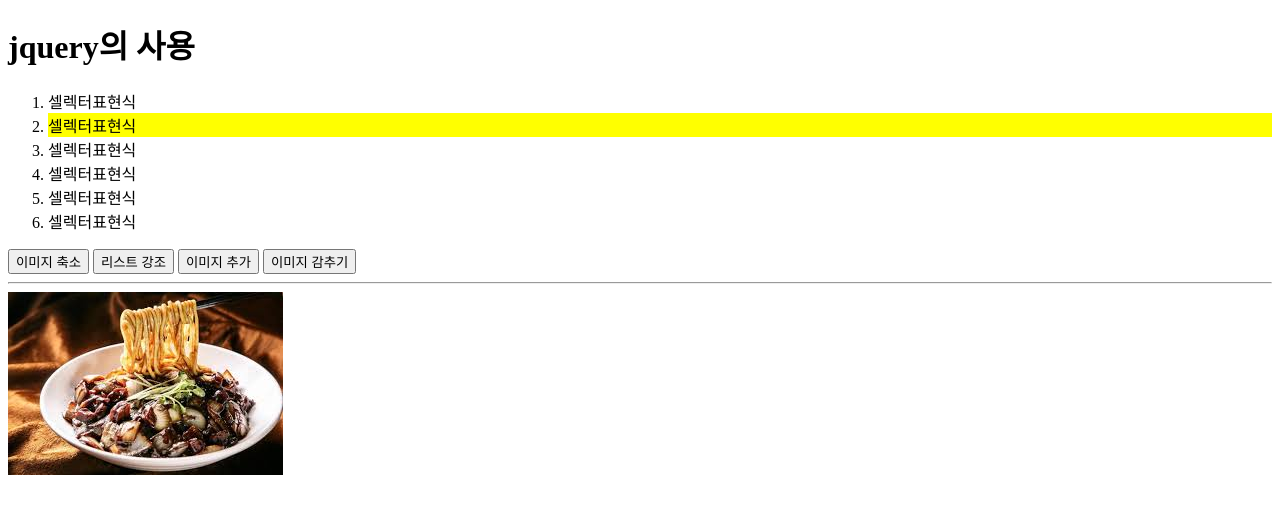
Repository: Junvelop/hkdevelope
Page: Downloads/back_end_edu20240624-master (1)/front_end_20240627/src/main/webapp/4.jq/jq01_환경설정및작성방법.html
The author's editor kept a copy of each file at every save. The page is drawn from the files as they stood at one save, then again after the next save.
The browser window is 1280 px wide. The pictures show the whole page.
After loading, the first visible `button[onclick="highlight()"]` was clicked once.

Above is the page before, as saved 2024-09-02 07:59:53.
Console error: TypeError: $(...).last.css is not a function

### Downloads/back_end_edu20240624-master (1)/front_end_20240627/src/main/webapp/4.jq/jq01_환경설정및작성방법.html
<!DOCTYPE html>
<html>
<head>
<meta charset="EUC-KR">
<title>Insert title here</title>
<!-- CDN 방식 -->
<script type = "text/javascript" src = "https://code.jquery.com/jquery-latest.js">

</script>

<script type = "text/javascript">
 $(function(){ // js에서 onload=function(){}와 같은 기능임
	 //설정 : 내부파일 링크, url 링크 (CDN):네트워크 상황이 좋아야 쓰기 좋음
//	alert("Hello JQuery~~~");

	 // 작성방법 : $라는 특수문자를 사용한다. $의 의미 : jquery()이 기능을 $() 구현할 수 있게 해놓음
/*
 * 	 js : load 이벤트 작성 => onload = function(){}
 	 jq   ===============> $(function(){}) 1번 방법

 */

 //이벤트 메서드 확인, 이팩트 메서드 확인
 $("button").eq(3).click(function(){
	 $("img").css("display","none"); //감추는 기능 : CSS 속성
	 $("img").hide(2000);// hide():요소를 감추는 기능
	 $("img").show(2000);
//	 $("div").slideUp(3000);
 });
 	 $("img").click(function(evt){
 		 alert("이미지를 클릭했어요");
 		 evt.target.style.display = "none";
 		 $(this).hide(); // 디스를 사용하면 클릭이벤트가 발생된 엘리먼트를 구해준다.
 	 });

 });
</script>

<script type ="text/javascript">
function imgSize(){
	var imgJS = document.querySelectorAll("div > img"); // js 코드의 경우
	var imgJQ = $("div > img"); //img 요소 객체 생성 제이쿼리로

	imgJQ.css("width","50px");  //imgJS.style.width = 50px;
	imgJQ.css("height","50px");
	imgJQ.css({"width" : "300px", "height":"300px"}); //json형식으로 한번에 정의할 수도 있음
}

function highlight(){
	//목록 중에 인덱스가 1인 목록을 강조하기
	$("ol>li").eq(1).css("background-color", "yellow");
	$("ol>li").last.css({"background-color":"blue", "color":"white"});
	$("ol>li").css("font-size","30px");
}

function addImg(){
	//js : appendChild() : Target요소의 자식들 중에 마지막 위치에 요소를 추가하는 기능
	//     appendChild(파라미터 타입 : Node) ---> 텍스트 형태의 값 x
	$("div").append("<img src = '../3.js/img/1.jpg' alt = '음식사진2'/>");
}

</script>
</head>
<body>
<h1>jquery의 사용</h1>
<ol>
	<li>셀렉터표현식</li>
	<li>셀렉터표현식</li>
	<li>셀렉터표현식</li>
	<li>셀렉터표현식</li>
	<li>셀렉터표현식</li>
	<li>셀렉터표현식</li>
</ol>
<button onclick = "imgSize()">이미지 축소</button>
<button onclick = "highlight()">리스트 강조</button>
<button onclick = "addImg()">이미지 추가</button>
<button>이미지 감추기</button>
<hr/>
<div><img src = "../3.js/img/0.jpg" alt = "음식사진"/></div>
</body>
</html>

After the next save:
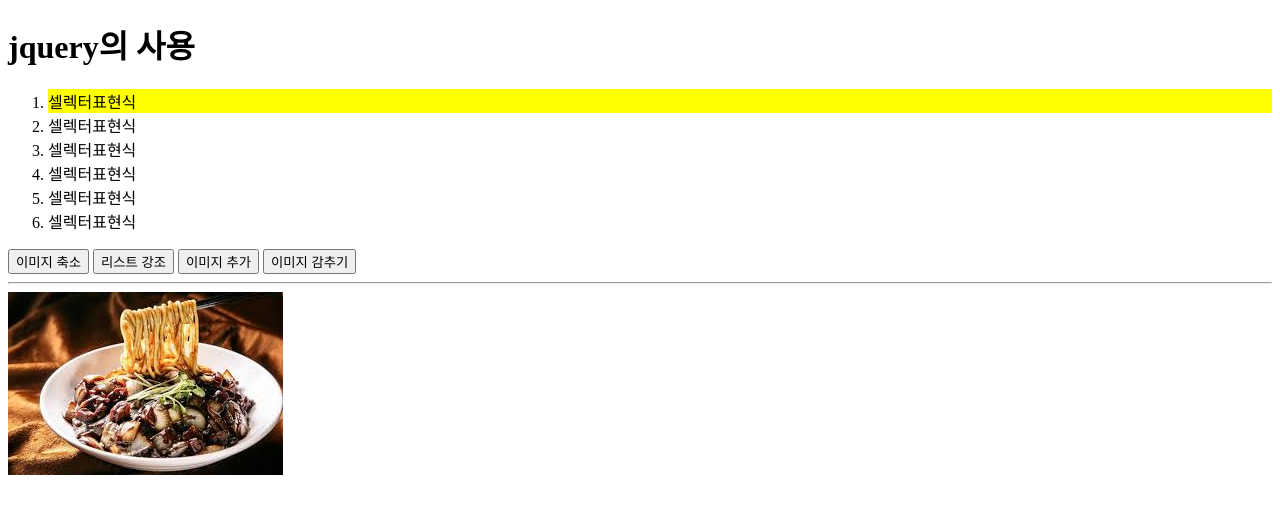
Saved 35 min 19 s later.
--- a/Downloads/back_end_edu20240624-master (1)/front_end_20240627/src/main/webapp/4.jq/jq01_환경설정및작성방법.html
+++ b/Downloads/back_end_edu20240624-master (1)/front_end_20240627/src/main/webapp/4.jq/jq01_환경설정및작성방법.html
@@ -48,7 +48,7 @@ function imgSize(){
 
 function highlight(){
 	//목록 중에 인덱스가 1인 목록을 강조하기
-	$("ol>li").eq(1).css("background-color", "yellow");
+	$("ol>li").eq(0).css("background-color", "yellow");
 	$("ol>li").last.css({"background-color":"blue", "color":"white"});
 	$("ol>li").css("font-size","30px");
 }
